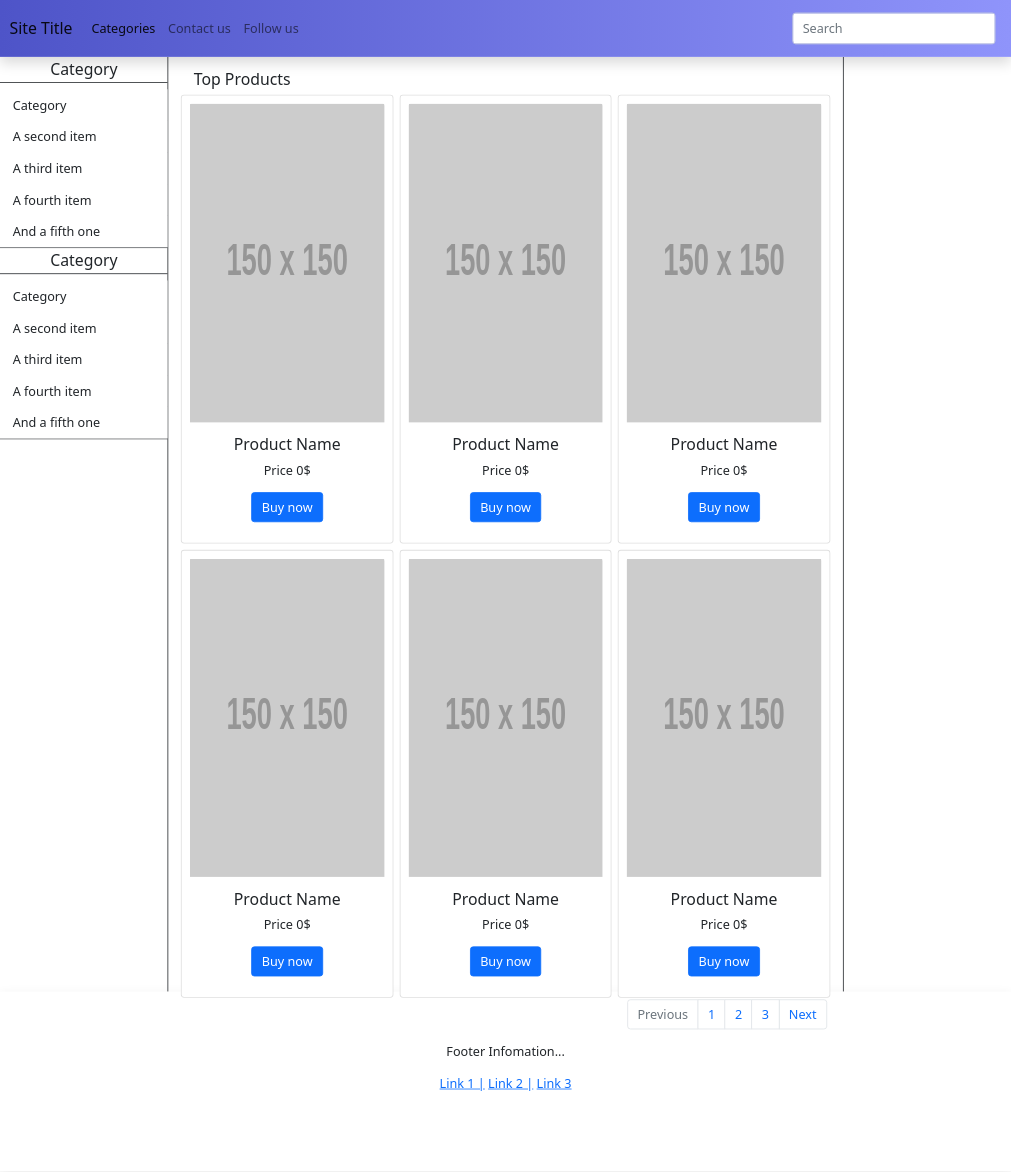
Repository: ttranhhoang/layoutBS
Page: layoutBS1/index.html
The author's editor kept a copy of each file at every save. The page is drawn from the files as they stood at one save, then again after the next save.
The browser window is 1280 px wide. The pictures show the whole page, at 79% of full size.

Above is the page before, as saved 2022-04-24 22:54:45.

### layoutBS1/index.html
<!DOCTYPE html>
<html lang="en">
  <head>
    <meta charset="UTF-8" />
    <meta http-equiv="X-UA-Compatible" content="IE=edge" />
    <meta name="viewport" content="width=device-width, initial-scale=1.0" />
    <title>Layout BS</title>
    <link
      href="https://cdn.jsdelivr.net/npm/bootstrap@5.1.3/dist/css/bootstrap.min.css"
      rel="stylesheet"
      integrity="sha384-1BmE4kWBq78iYhFldvKuhfTAU6auU8tT94WrHftjDbrCEXSU1oBoqyl2QvZ6jIW3"
      crossorigin="anonymous"
    />
    <link rel="stylesheet" href="index.css" />
  </head>
  <body>
    <header class="header">
      <nav class="navbar navbar-expand-lg fixed-top shadow navbar-light">
        <div class="container-fluid">
          <a class="navbar-brand" href="#">Site Title</a>
          <button
            class="navbar-toggler"
            type="button"
            data-bs-toggle="offcanvas"
            data-bs-target="#navbarOffcanvasLg"
            aria-controls="navbarOffcanvasLg"
            aria-expanded="false"
            aria-label="Toggle navigation"
          >
            <span class="navbar-toggler-icon"></span>
          </button>

          <div
            class="offcanvas offcanvas-end"
            tabindex="-1"
            id="navbarOffcanvasLg"
            aria-labelledby="navbarOffcanvasLgLabel"
          >
            <div class="offcanvas-header">
              <h5 class="offcanvas-title" id="offcanvasNavbarLabel">
                Offcanvas
              </h5>
              <button
                type="button"
                class="btn-close text-reset"
                data-bs-dismiss="offcanvas"
                aria-label="Close"
              ></button>
            </div>
            <div class="offcanvas-body">
              <ul class="navbar-nav justify-content-start flex-grow-1 pe-3">
                <li class="nav-item">
                  <a class="nav-link active" aria-current="page" href="#"
                    >Categories</a
                  >
                </li>
                <li class="nav-item">
                  <a class="nav-link" href="#">Contact us</a>
                </li>
                <li class="nav-item">
                  <a class="nav-link" href="#">Follow us</a>
                </li>
              </ul>
              <form class="d-flex">
                <input
                  class="form-control me-2"
                  type="search"
                  placeholder="Search"
                  aria-label="Search"
                />
              </form>
            </div>
          </div>
        </div>
      </nav>
    </header>

    <div class="main">
      <div class="row  g-0">
        <div class="col-md-2 text-center border-1 border-end border-dark">
          <h5 class="text-center text p-1 border-bottom border-1 border-dark">
            Category
          </h5>
          <ul
            class="list-group list-group-flush text-start border-bottom border-dark"
          >
            <li class="list-group-item border-0">Category</li>
            <li class="list-group-item border-0">A second item</li>
            <li class="list-group-item border-0">A third item</li>
            <li class="list-group-item border-0">A fourth item</li>
            <li class="list-group-item border-0">And a fifth one</li>
          </ul>

          <h5 class="text-center text p-1 border-bottom border-1 border-dark">
            Category
          </h5>
          <ul
            class="list-group list-group-flush text-start border-bottom border-dark"
          >
            <li class="list-group-item border-0">Category</li>
            <li class="list-group-item border-0">A second item</li>
            <li class="list-group-item border-0">A third item</li>
            <li class="list-group-item border-0">A fourth item</li>
            <li class="list-group-item border-0">And a fifth one</li>
          </ul>
        </div>
        <div class="col-md-8 p-3 text-center position-relative">
          <h5 class="text-start text-dark ps-3">Top Products</h5>
          <div class="row row-cols-1 row-cols-md-3 g-2 h-100">
            <div class="col">
              <div class="card h-100">
                <img
                  src="https://via.placeholder.com/150"
                  class="card-img-top h-75"
                  alt="..."
                />
                <div class="card-body">
                  <h5 class="card-title">Product Name</h5>
                  <p class="card-text">Price 0$</p>
                  <a href="#" class="btn btn-primary">Buy now</a>
                </div>
              </div>
            </div>

            <div class="col">
              <div class="card h-100">
                <img
                  src="https://via.placeholder.com/150"
                  class="card-img-top h-75"
                  alt="..."
                />
                <div class="card-body">
                  <h5 class="card-title">Product Name</h5>
                  <p class="card-text">Price 0$</p>
                  <a href="#" class="btn btn-primary">Buy now</a>
                </div>
              </div>
            </div>

            <div class="col">
              <div class="card h-100">
                <img
                  src="https://via.placeholder.com/150"
                  class="card-img-top h-75"
                  alt="..."
                />
                <div class="card-body">
                  <h5 class="card-title">Product Name</h5>
                  <p class="card-text">Price 0$</p>
                  <a href="#" class="btn btn-primary">Buy now</a>
                </div>
              </div>
            </div>

            <div class="col">
              <div class="card h-100">
                <img
                  src="https://via.placeholder.com/150"
                  class="card-img-top h-75"
                  alt="..."
                />
                <div class="card-body">
                  <h5 class="card-title">Product Name</h5>
                  <p class="card-text">Price 0$</p>
                  <a href="#" class="btn btn-primary">Buy now</a>
                </div>
              </div>
            </div>
            <div class="col">
              <div class="card h-100">
                <img
                  src="https://via.placeholder.com/150"
                  class="card-img-top h-75"
                  alt="..."
                />
                <div class="card-body">
                  <h5 class="card-title">Product Name</h5>
                  <p class="card-text">Price 0$</p>
                  <a href="#" class="btn btn-primary">Buy now</a>
                </div>
              </div>
            </div>
            <div class="col">
              <div class="card h-100">
                <img
                  src="https://via.placeholder.com/150"
                  class="card-img-top h-75"
                  alt="..."
                />
                <div class="card-body">
                  <h5 class="card-title">Product Name</h5>
                  <p class="card-text">Price 0$</p>
                  <a href="#" class="btn btn-primary">Buy now</a>
                </div>
              </div>
            </div>
            <div class="position-absolute bottom right">
              <nav aria-label="Page navigation example ">
                <ul class="pagination justify-content-end">
                  <li class="page-item disabled">
                    <a
                      class="page-link"
                      href="#"
                      tabindex="-1"
                      aria-disabled="true"
                      >Previous</a
                    >
                  </li>
                  <li class="page-item">
                    <a class="page-link" href="#">1</a>
                  </li>
                  <li class="page-item">
                    <a class="page-link" href="#">2</a>
                  </li>
                  <li class="page-item">
                    <a class="page-link" href="#">3</a>
                  </li>
                  <li class="page-item">
                    <a class="page-link" href="#">Next</a>
                  </li>
                </ul>
              </nav>
            </div>
          </div>
        </div>

        <div class="col-md-2 text-center border-1 border-start border-dark"></div>
      </div>
    </div>

    <footer class="footer bg-white shadow align-self-end py-3 px-xl-5 w-100">
      <div class="container-fluid py-5">
        <div class="row h-0 d-flex flex-column">
          <p class="text-center text-capitalize">footer infomation...</p>
          <div class="text-mutted text-center">
            <a class="text-capitalize">Link 1 |</a>
            <a class="text-capitalize">Link 2 |</a>
            <a class="text-capitalize">Link 3</a>
          </div>
        </div>
      </div>
    </footer>

    <script
      src="https://cdn.jsdelivr.net/npm/bootstrap@5.1.3/dist/js/bootstrap.bundle.min.js"
      integrity="sha384-ka7Sk0Gln4gmtz2MlQnikT1wXgYsOg+OMhuP+IlRH9sENBO0LRn5q+8nbTov4+1p"
      crossorigin="anonymous"
    ></script>
  </body>
</html>

### layoutBS1/index.css
*,
*::after,
*::before {
  box-sizing: border-box;
}
/* custom */
button.navbar-toggler:focus {
  box-shadow: none;
}
button[type="button"],
button[type="submit"],
button[class^="btn"]:focus {
  box-shadow: none;
}
button[class*="btn-outline"]:active:focus {
  box-shadow: none;
}

/* styles ui */
body {
  padding-top: 72px;
}
.main {
  height: 100vh;
}
nav.navbar {
  background: #4e54c8; /* fallback for old browsers */
  background: -webkit-linear-gradient(
    to left,
    #8f94fb,
    #4e54c8
  ); /* Chrome 10-25, Safari 5.1-6 */
  background: linear-gradient(
    to left,
    #8f94fb,
    #4e54c8
  ); /* W3C, IE 10+/ Edge, Firefox 16+, Chrome 26+, Opera 12+, Safari 7+ */
}
.navbar {
  padding-top: 1rem;
  padding-bottom: 1rem;
}
.navbar-light .navbar-toggler {
  border: none;
}
div.row {
  height: 100px;
}
.row .col div.card {
  padding: 10px;
}
.bottom {
  bottom: -4em;
}
.right {
  right: 1em;
}
.main {
  height: 1183px;
}
.main .row {
  height: 1183px;
}

After the next save:
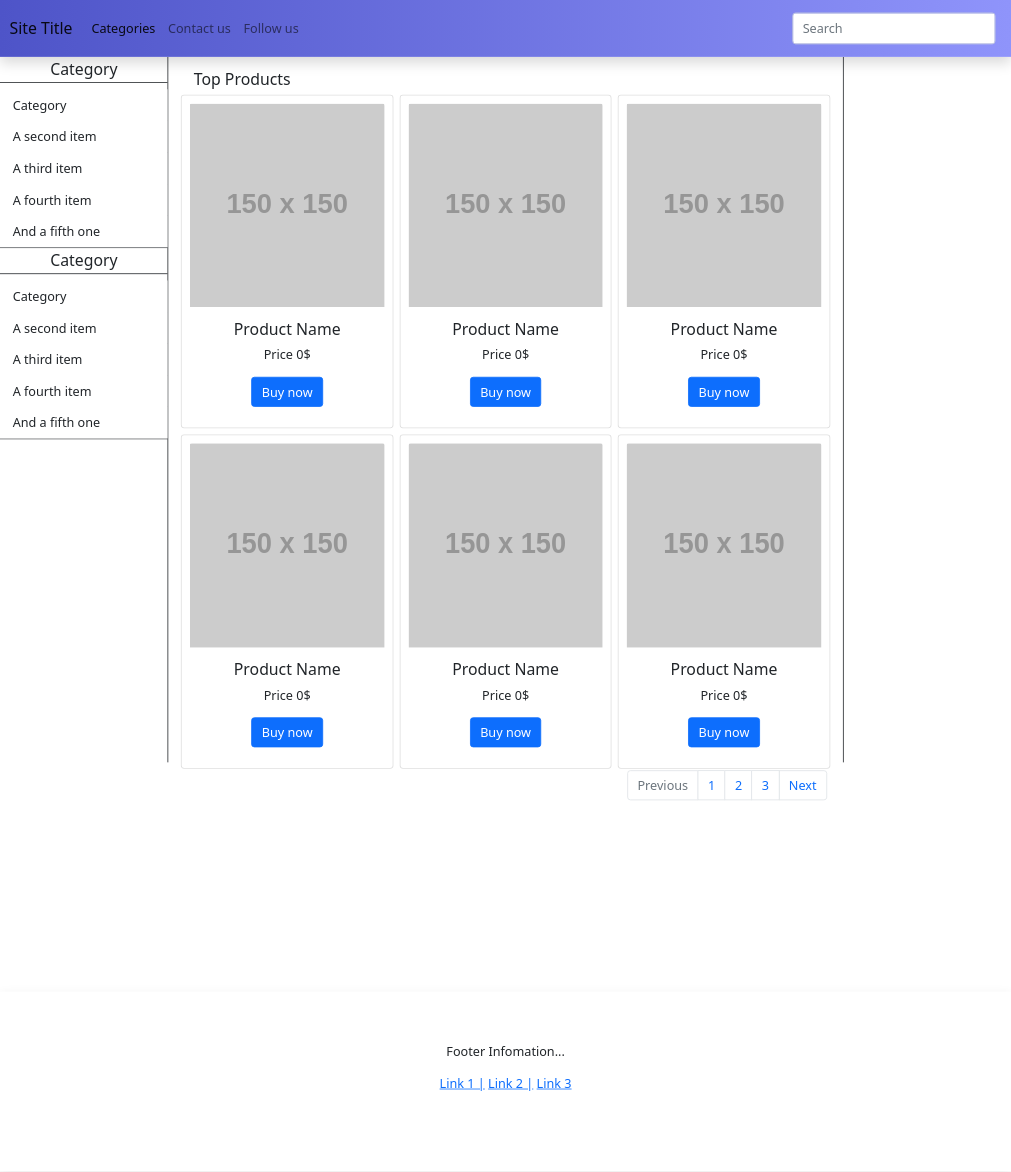
Saved 22 s later.
--- a/layoutBS1/index.css
+++ b/layoutBS1/index.css
@@ -58,6 +58,3 @@ div.row {
 .main {
   height: 1183px;
 }
-.main .row {
-  height: 1183px;
-}
